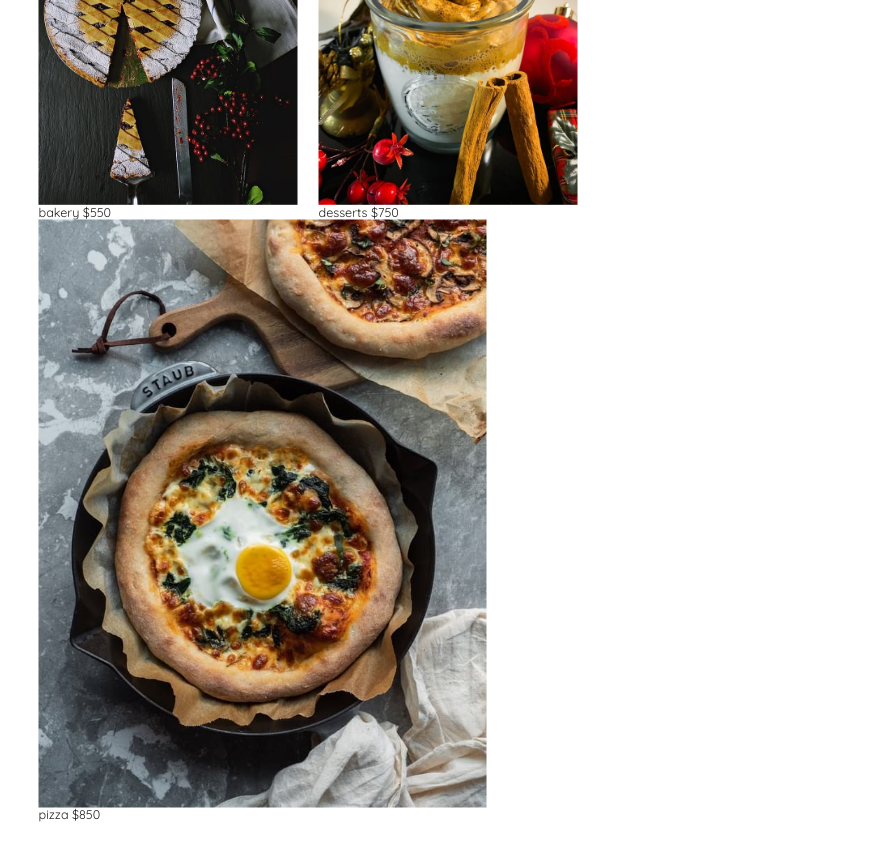
Repository: baobaodeveloper/bootscap21_project_AnhBao_VietToan_VietDuc
Page: index.html
The author's editor kept a copy of each file at every save. The page is drawn from the files as they stood at one save, then again after the next save.
The browser window is 1280 px wide. The pictures show the part of the page from y = 2481 to 4401 px (the page is 3705 px tall before and 4401 px after), at 70% of full size.
Backgrounds fixed to the window are drawn as part of the page.

Above is the page before, as saved 2022-03-03 10:18:49.

### index.html
<!DOCTYPE html>
<html lang="en">
  <head>
    <meta charset="UTF-8" />
    <meta http-equiv="X-UA-Compatible" content="IE=edge" />
    <meta name="viewport" content="width=device-width, initial-scale=1.0" />

    <!-- fontawesome link cdn -->
    <link
      rel="stylesheet"
      href="https://cdnjs.cloudflare.com/ajax/libs/font-awesome/5.15.4/css/all.min.css"
      integrity="sha512-1ycn6IcaQQ40/MKBW2W4Rhis/DbILU74C1vSrLJxCq57o941Ym01SwNsOMqvEBFlcgUa6xLiPY/NS5R+E6ztJQ=="
      crossorigin="anonymous"
      referrerpolicy="no-referrer"
    />

    <!-- font -->
    <link rel="preconnect" href="https://fonts.googleapis.com" />
    <link rel="preconnect" href="https://fonts.gstatic.com" crossorigin />
    <link
      href="https://fonts.googleapis.com/css2?family=Pacifico&family=Poppins:wght@300;400;500&family=Quicksand:wght@300;400;500;600;700&display=swap"
      rel="stylesheet"
    />

    <link rel="stylesheet" href="style.css" />
    <title>Diner</title>
  </head>
  <body>
    <header class="header">
      <div class="header__wrapper container">
        <div class="header__top">
          <a class="header__logo" href="#">Diner</a>

          <div class="header__navbar">
            <form class="navbar__search">
              <input type="search" placeholder="Search here..." id="search" />
              <label for="search" class="fas fa-search"></label>
            </form>

            <div class="mode__container">
              <i class="fas fa-sun" id="dark"></i>
              <i class="fas fa-moon" id="light"></i>
            </div>

            <div class="fa fa-bars" id="menu-button"></div>
          </div>

          <nav class="navbar__list">
            <i class="fas fa-times" id="close-button"></i>
            <a href="#">home</a>
            <a href="#">about</a>
            <a href="#">services</a>
            <a href="#">blogs</a>
            <a href="#">404</a>
            <a href="#">landing page</a>
            <a href="#">contact</a>
            <a href="#">shot codes</a>
            <a href="#">email</a>
          </nav>
        </div>

        <div class="header__content">
          <h2>the only thing we love more than food is you!</h2>
          <p>
            Lorem ipsum dolor sit amet consectetur ipsum elit. Qui eligendi
            vitae sit.Ea ipsum sed consequuntur illum facere.
          </p>
          <a href="#" class="btn"
            >read more <i class="fas fa-angle-right"></i
          ></a>
        </div>
      </div>
    </header>

    <section class="about container pad-med">
      <div class="heading">
        <span>about us</span>
        <h3>We found our creative space that is open for you.</h3>
      </div>

      <div class="text">
        <p>
          Lorem ipsum viverra feugiat. Pellen tesque libero ut justo, ultrices
          in ligula. Semper at tempufddfel. Lorem ipsum dolor sit amet elit. Non
          quae, fugiat nihil ad. Lorem ipsum dolor sit amet. Lorem ipsum init
          dolor sit, amet elit. Dolor ipsum non velit, culpa!Lorem ipsum init
          dolor sit.
        </p>

        <p>
          Lorem ipsum viverra feugiat. Pellen tesque libero ut justo, ultrices
          in ligula. Semper at tempufddfel. Lorem ipsum dolor sit amet elit. Non
          quae, fugiat nihil ad. Lorem ipsum dolor sit amet.
        </p>
      </div>
    </section>

    <section class="restaurant">
      <div class="restaurant__img">
        <img src="./image/banner3.jpg" alt="#" />
      </div>

      <div class="restaurant__content">
        <div class="heading">
          <span>more than 3000 restaurant</span>
          <h3>Book a table easly at the best price</h3>
        </div>

        <div class="text">
          <p>
            Vestibulum ante ipsum primis in faucibus orci luctus turpis sodales
            quis. Integer sit amet mattis quam.Vivamus a ligula quam tesque et
            libero ut justo ultrices in.
          </p>
        </div>

        <div class="restaurant__best">
          <div class="best__item">
            <i class="fas fa-thumbs-up"></i>
            <h4>best deals</h4>
            <p class="text">
              Lorem ipsum viverra feugiat. Pellen tesque libero justo.
            </p>
          </div>

          <div class="best__item">
            <i class="fas fa-utensils"></i>
            <h4>best food</h4>
            <p class="text">
              Lorem ipsum viverra feugiat. Pellen tesque libero justo.
            </p>
          </div>
        </div>
      </div>
    </section>

    <section class="categories container pad-med">
      <div class="heading text-align pad-med">
        <span>what's new</span>
        <h3>popular categories</h3>
      </div>

      <div class="categories__list">
        <div class="categories__item">
          <div class="categories__img">
            <img src="./image/g1.jpg" alt="" />
          </div>
          <div class="categories__info">
            <span class="categories__name"> vegetarian </span>
            <span class="categories__price"> $350 </span>
          </div>
        </div>

        <div class="categories__item">
          <div class="categories__img">
            <img src="./image/g2.jpg" alt="" />
          </div>
          <div class="categories__info">
            <span class="categories__name"> drinks </span>
            <span class="categories__price"> $550 </span>
          </div>
        </div>

        <div class="categories__item">
          <div class="categories__img">
            <img src="./image/g3.jpg" alt="" />
          </div>
          <div class="categories__info">
            <span class="categories__name"> lunch </span>
            <span class="categories__price"> $650 </span>
          </div>
        </div>

        <div class="categories__item">
          <div class="categories__img">
            <img src="./image/g4.jpg" alt="" />
          </div>
          <div class="categories__info">
            <span class="categories__name"> bakery </span>
            <span class="categories__price"> $550 </span>
          </div>
        </div>

        <div class="categories__item">
          <div class="categories__img">
            <img src="./image/g5.jpg" alt="" />
          </div>
          <div class="categories__info">
            <span class="categories__name"> desserts </span>
            <span class="categories__price"> $750 </span>
          </div>
        </div>
      </div>

      <div class="categories__item">
        <div class="categories__img">
          <img src="./image/g6.jpg" alt="" />
        </div>
        <div class="categories__info">
          <span class="categories__name"> pizza </span>
          <span class="categories__price"> $850 </span>
        </div>
      </div>
    </section>

    <script src="app.js"></script>
  </body>
</html>

### style.css
* {
  padding: 0;
  margin: 0;
  box-sizing: border-box;
}

:root {
  --primary-font: "Quicksand", sans-serif;
  --secondary-font: "Pacifico", cursive;
  --third-font: "Poppins", sans-serif;
  --primary-color: #ff6600;
  --title-color: #232121;
  --white-color: #fff;
  --text-color: #161c2db3;
  --price-color: #ffc600;
}

img {
  display: block;
  max-width: 100%;
}

button,
input {
  display: inline-block;
  border: none;

  font-family: var(--primary-font);
  font-size: 1.6rem;

  outline: none;
}

a {
  display: inline-block;
  text-decoration: none;
}

html {
  font-size: 62.5%;
}

.container {
  max-width: 1200px;
  margin: 0 auto;
  padding: 0 1.5rem;
}

body {
  color: var(--title-color);

  font-family: var(--primary-font);
  font-size: 1.8rem;
  line-height: 1.2;
}

.pad-med {
  padding-top: 4.8rem;
  padding-bottom: 4.8rem;
}

.text-align {
  text-align: center;
}

.heading span {
  margin-bottom: 0.5rem;

  color: var(--primary-color);

  font-family: var(--secondary-font);
  font-size: 2rem;
  text-transform: capitalize;
}

.heading h3 {
  font-size: 3.8rem;
}

.text {
  color: var(--text-color);

  font-size: 1.8rem;
  line-height: 1.4;
}

.text p {
  margin: 2rem 0;
}

.btn {
  display: inline-flex;
  align-items: center;
  padding: 1.2rem 4.5rem;
  border-radius: 0.5rem;
  border: 1.5px solid var(--white-color);

  color: var(--white-color);
  background-color: transparent;

  font-family: var(--third-font);
  font-size: 1.6rem;
  text-transform: capitalize;
  font-weight: bold;

  transition: 0.4s linear;
}

.btn i {
  display: inline-block;
  margin-left: 0.5rem;

  font-size: 2rem;
}

.btn:hover {
  background-color: var(--white-color);
  color: var(--primary-color);
}

/* header section starts */
#dark {
  display: none;
}

.header {
  background-image: linear-gradient(to right, #ff6600, hsl(30deg 100% 1% / 20%)),
    url(./image/banner1.jpg);

  background-size: cover;
  background-repeat: no-repeat;
  background-attachment: fixed;

  min-height: 70vh;
}

.header__top {
  display: flex;
  justify-content: space-between;
  padding-top: 4rem;
  padding-bottom: 2rem;
}

.header__logo {
  color: var(--white-color);

  font-size: 3.3rem;
  font-weight: bold;
}

.navbar__search {
  position: relative;
}

.navbar__search input {
  padding: 1rem 5rem 1rem 2rem;

  border-radius: 0.5rem;

  color: var(--text-color);
}

.navbar__search label {
  position: absolute;
  top: 50%;
  right: 2.5rem;

  transform: translate(50%, -50%);

  font-size: 1.5rem;

  cursor: pointer;
}

.header__navbar {
  display: flex;
  justify-content: space-between;
  align-items: center;
  gap: 2rem;
}

.mode__container,
#menu-button {
  color: var(--white-color);

  cursor: pointer;
}

.mode__container {
  font-size: 2.4rem;
}

#menu-button {
  font-size: 3.1rem;
}

.header__content {
  max-width: 60rem;
  margin-top: 10rem;

  color: var(--white-color);
}

.header__content h2 {
  font-size: 5.4rem;

  text-transform: capitalize;
}

.header__content p {
  margin: 2.4rem 0 4.8rem;

  font-size: 1.6rem;
  line-height: 1.6;
}

.navbar__list {
  position: fixed;
  top: 0;
  left: 0;
  width: 100vw;
  height: 100vh;
  z-index: 20;

  display: flex;
  flex-direction: column;
  align-items: center;
  justify-content: center;

  visibility: hidden;
  opacity: 0;
  transform: scale(0.9);

  background-color: rgb(6 3 0 / 77%);

  transition: transform 0.3s, opacity 0.9s, visibility 0s 0.4s;
}

.navbar__list.active {
  visibility: visible;
  opacity: 1;
  transform: scale(1);

  transition: transform 0.4s, opacity 0.4s;
}

.navbar__list a {
  margin: 1.5rem 0;

  color: var(--white-color);

  text-transform: capitalize;
  font-family: var(--third-font);
  font-size: 2rem;
  font-weight: 600;

  transition: 0.2s linear;
}

.navbar__list a:hover {
  color: var(--primary-color);
}

#close-button {
  position: absolute;
  top: 3rem;
  right: 3rem;
  z-index: 25;

  width: 3.5rem;
  height: 3.5rem;
  border-radius: 0.5rem;

  color: var(--white-color);
  background-color: var(--primary-color);

  line-height: 3.5rem;
  text-align: center;
  font-size: 1.6rem;

  cursor: pointer;
}

/* header section ends */

/* about section starts */
.about {
  display: flex;
  gap: 6rem;
  flex-wrap: wrap;
}

.about .heading {
  width: calc(40% - 3rem);
}

.about .text {
  width: calc(60% - 3rem);
}

/* about section ends */

/* restaurant section starts */
.restaurant {
  display: flex;
  justify-content: space-between;
  flex-wrap: wrap;
}

.restaurant__img {
  position: relative;

  width: 50%;
}
.restaurant__img::before {
  content: "";
  position: absolute;
  width: 100%;
  height: 100%;
  top: 0;
  left: 0;
  z-index: 4;

  background-color: rgb(16 15 19 / 46%);
}

.restaurant__img img {
  width: 100%;
  height: 100%;
  object-fit: cover;
}

.restaurant__content {
  padding: 10rem 8rem;
  width: 50%;

  background-color: var(--primary-color);
}

.restaurant__content .heading span {
  color: var(--white-color);
}

.restaurant__content .text {
  color: #ffdfc9;
}

.restaurant__best {
  margin-top: 3rem;
  display: flex;
  justify-content: space-between;
  gap: 2rem;
}

.best__item {
  width: 50%;
}
.best__item i {
  display: inline-block;
  width: 7rem;
  height: 7rem;
  border-radius: 0.5rem;

  color: var(--primary-color);
  background-color: var(--white-color);

  line-height: 7rem;
  text-align: center;
  font-size: 2.5rem;
}

.best__item h4 {
  margin: 1.5rem 0;

  text-transform: capitalize;
  font-family: var(--third-font);
  font-size: 2rem;
}
/* restaurant section ends */

/* categories section starts */
.categories__list {
  display: grid;
  grid-template-columns: repeat(auto-fill, minmax(30rem, 1fr));
  grid-gap: 3rem;
}
/* categories section ends */

/* media query */
@media screen and (max-width: 1200px) {
  .restaurant__img,
  .restaurant__content {
    width: 100%;
  }

  .restaurant__content {
    text-align: center;
  }

  .best__item {
    display: flex;
    flex-direction: column;
    justify-content: center;
    align-items: center;
  }
}

@media screen and (max-width: 991px) {
  .header {
    background-position: center;

    min-height: 60vh;
  }

  .about {
    gap: 0rem;
  }

  .about .heading {
    text-align: center;
  }

  .about .heading,
  .about .text {
    width: 100%;
  }
}

@media screen and (max-width: 767px) {
  html {
    font-size: 55%;
  }

  .header {
    min-height: 50vh;
  }

  .restaurant__content {
    padding: 3rem 2rem;
  }
}

### app.js
const menuBtn = document.getElementById("menu-button");
const navList = document.querySelector(".navbar__list");
const closBtn = document.getElementById("close-button");
menuBtn.addEventListener("click", () => {
  navList.classList.add("active");
});

closBtn.addEventListener("click", () => {
  navList.classList.remove("active");
});

After the next save:
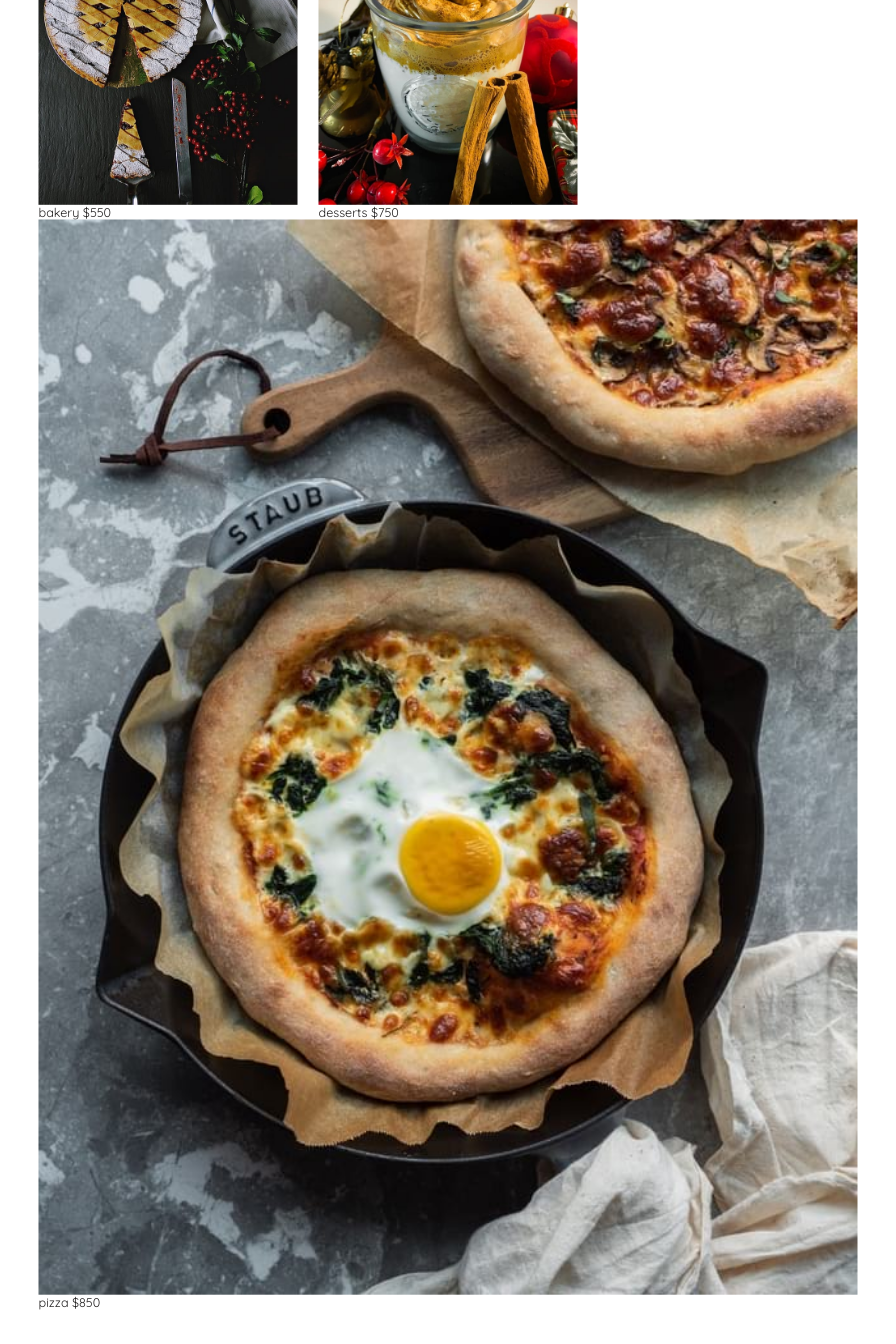
Saved 67 s later.
--- a/style.css
+++ b/style.css
@@ -384,6 +384,14 @@ body {
   grid-template-columns: repeat(auto-fill, minmax(30rem, 1fr));
   grid-gap: 3rem;
 }
+
+.categories__img {
+  width: 100%;
+}
+
+.categories__img img {
+  width: 100%;
+}
 /* categories section ends */
 
 /* media query */
